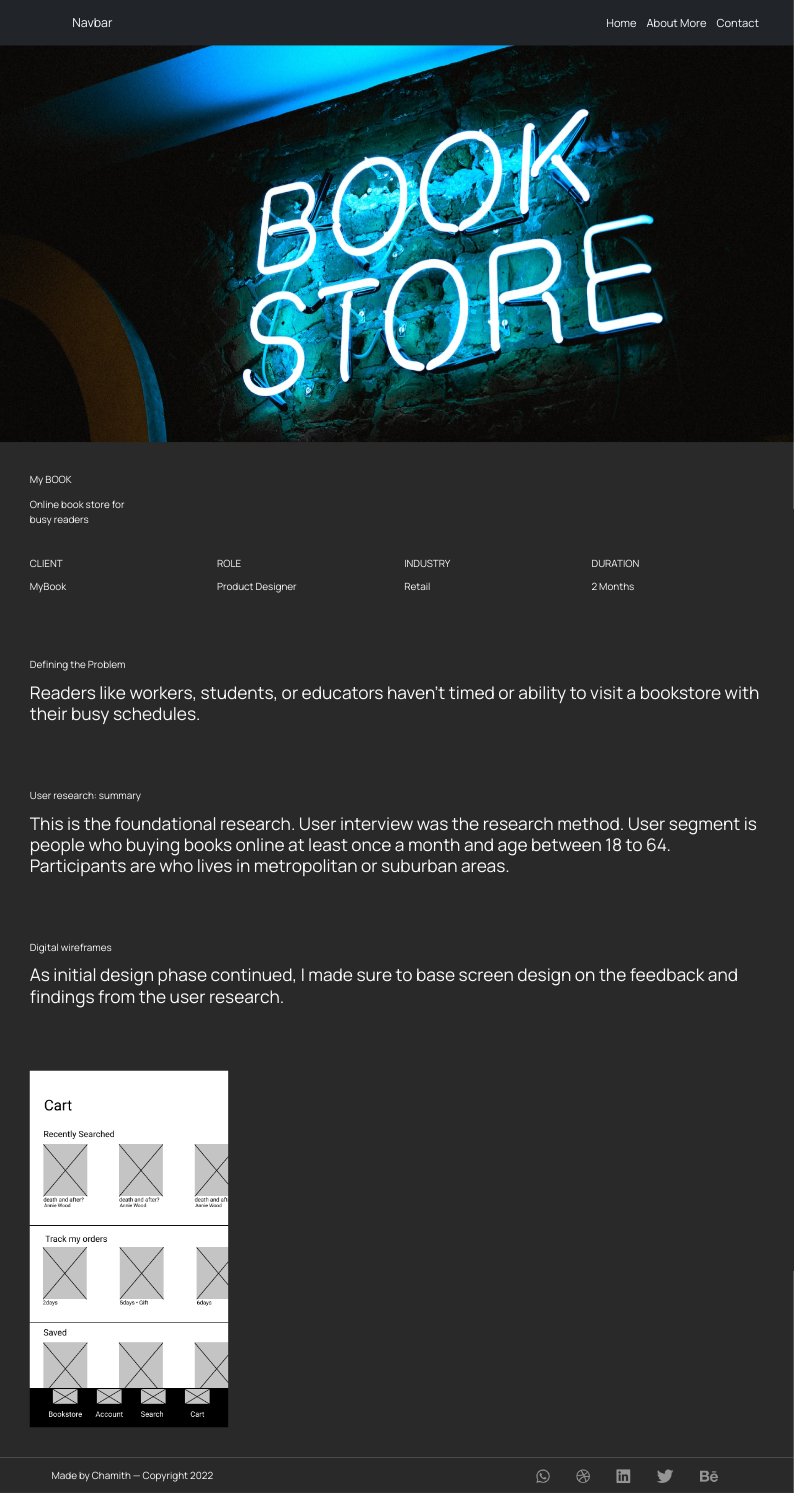
Repository: Realchamithweb/chamith-html
Page: work.html
An editor plug-in stored every save of this project. The page is shown before and after a run of saves, followed by the edit.
The browser window is 1280 px wide. The pictures show the whole page, at 62% of full size.

Above is the page before, as saved 2023-01-24 07:31:32.

### work.html
<!doctype html>
<html lang="en">
  <head>
    <!-- Required meta tags -->
    <meta charset="utf-8">
    <meta name="viewport" content="width=device-width, initial-scale=1">
    <link rel="stylesheet" href="/css/style.css">
    <!-- Bootstrap CSS -->
    <link href="https://cdn.jsdelivr.net/npm/bootstrap@5.0.2/dist/css/bootstrap.min.css" rel="stylesheet" integrity="sha384-EVSTQN3/azprG1Anm3QDgpJLIm9Nao0Yz1ztcQTwFspd3yD65VohhpuuCOmLASjC" crossorigin="anonymous">
    <link rel="stylesheet" href="https://fonts.googleapis.com/css?family=Manrope">
    <title>Hello, world!</title>
  </head>
  <body>
    <div class="main">
            <div class="head">
                <nav class="navbar navbar-expand-lg navbar-light bg-dark">
                    <div class="container-fluid">
                        <div class="col-md-1"></div>
                    <a class="navbar-brand col-md-8 text-light" href="/index.html">Navbar</a>
                    <button class="navbar-toggler" type="button" data-bs-toggle="collapse" data-bs-target="#navbarNavDropdown" aria-controls="navbarNavDropdown" aria-expanded="false" aria-label="Toggle navigation">
                        <span class="navbar-toggler-icon"></span>
                    </button>
                    <div class="collapse navbar-collapse" id="navbarNavDropdown">
                        <ul class="navbar-nav">
                        <li class="nav-item">
                            <a class="nav-link active text-light" aria-current="page" href="/index.html">Home</a>
                        </li>
                        <li class="nav-item">
                            <a class="nav-link text-light" href="/work.html">About More</a>
                        </li>
                        <li class="nav-item">
                            <a class="nav-link text-light" href="/contact.html">Contact</a>
                        </li>
                        </ul>
                    </div>
                    </div>
                </nav>
            </div>
            <section>
                <div class="row">
                    <img src="/inc/work-top.png" class="work-hero">
                </div>
            </section>
            <section>
                <div class="row">
                    <div class="container-fluid text-light ms-5 mt-5">
                        <p>My BOOK</p>
                        <h>Online book store for<br>
                            busy readers </h3>
                    </div>
                </div>
                <div class="row p-5">
                        <div class="col-lg-3 text-light">
                            <p>CLIENT</p>
                            <h6>MyBook</h6>
                        </div>
                        <div class="col-lg-3 text-light">
                            <p>ROLE</p>
                            <h6>Product Designer</h6>
                        </div>
                        <div class="col-lg-3 text-light">
                            <p>INDUSTRY</p>
                            <h6>Retail</h6>
                        </div>
                        <div class="col-lg-3 text-light">
                            <p>DURATION</p>
                            <h6>2 Months</h6>
                        </div>
                </div>
            </section>
            <section>
                <div class="row p-5">
                    <div class="col-lg-12 text-light">
                        <p>Defining the Problem</p>
                        <h3>Readers like workers, students, or educators haven't timed or ability to visit a bookstore with their busy schedules.</h3>
                    </div>
                </div>
            </section>
            <section>
                <div class="row p-5">
                    <div class="col-lg-12 text-light">
                        <p>User research: summary</p>
                        <h3>This is the foundational research. User interview was the research method. User segment is people who buying books online at least once a month and age between 18 to 64. Participants are who lives in metropolitan or suburban areas.</h3>
                    </div>
                </div>
            </section>
            <section>
                <div class="row p-5">
                    <div class="col-lg-12 text-light">
                        <p>Digital wireframes</p>
                        <h3>As initial design phase continued, I made sure to base screen design on the feedback and findings from the user research.</h3>
                    </div>
                </div>
            </section>
            <section>
                <div class="row p-5">
                    <div class="col-lg-4">
                        <img src="/inc/Cart.png">
                    </div>
                    <div class="col-lg-4">

                    </div>
                    <div class="col-lg-4">

                    </div>
                </div>
            </section>
            <section>
              <div class="footer">
                  <div class="container-fluid">
                      <div class="row">
                          <hr class="text-light">
                          <div class="col-lg-4 text-center text-light mb-3">Made by Chamith — Copyright 2022</div>
                          <div class="col-lg-4 mb-3"></div>
                          <div class="col-lg-4 mb-3"><img src="/inc/Icons.png" class="img02"></div>
                      </div>
                  </div>
              </div>
          </section>

  </div>


    <!-- Optional JavaScript; choose one of the two! -->

    <!-- Option 1: Bootstrap Bundle with Popper -->
    <script src="https://cdn.jsdelivr.net/npm/bootstrap@5.0.2/dist/js/bootstrap.bundle.min.js" integrity="sha384-MrcW6ZMFYlzcLA8Nl+NtUVF0sA7MsXsP1UyJoMp4YLEuNSfAP+JcXn/tWtIaxVXM" crossorigin="anonymous"></script>

    <!-- Option 2: Separate Popper and Bootstrap JS -->
    <!--
    <script src="https://cdn.jsdelivr.net/npm/@popperjs/core@2.9.2/dist/umd/popper.min.js" integrity="sha384-IQsoLXl5PILFhosVNubq5LC7Qb9DXgDA9i+tQ8Zj3iwWAwPtgFTxbJ8NT4GN1R8p" crossorigin="anonymous"></script>
    <script src="https://cdn.jsdelivr.net/npm/bootstrap@5.0.2/dist/js/bootstrap.min.js" integrity="sha384-cVKIPhGWiC2Al4u+LWgxfKTRIcfu0JTxR+EQDz/bgldoEyl4H0zUF0QKbrJ0EcQF" crossorigin="anonymous"></script>
    -->
  </body>
</html>

### css/style.css
.main{
    background-color: #292929;
    font-family: 'Manrope', serif;
    overflow-x: hidden;

}
.navbar{
    padding-top: 15px!important;
    padding-bottom: 15px!important;
}
.nav-link{
    font-size: 18px!important;
}
.hero{
    margin-top: 66px;
}

.hero-img{
    margin-top: 3em;
}

.hero-title{
    font-style: normal;
    font-weight: 400;
    font-size: 54px;
    line-height: 64px;
    margin-left: 96px;
}

.hero-text{
    font-style: normal;
    font-weight: 400;
    font-size: 20px;
    line-height: 30px;
    margin-left: 96px;
}

.hero-btn{
    margin-left: 96px;
}

.work-img:hover img{
        opacity: 0.5;
}

.work-img {
    position: relative;
  }

  .bg-color
  .work-img img {
    width: 100%;
    opacity: 1;
    transition: opacity 0.5s;
  }
.work-img .text {
    position: absolute;
    top: 50%;
    left: 50%;
    transform: translate(-50%, -50%);
    text-align: center;
    color: white;
  }

  .work-hero{
    width: 1440px;
    height: 640px;
    left: 0px;
    top: 0px;
  }
/*
.hero-title{
    position: absolute;
    width: 824px;
    height: 192px;
    left: 96px;
    top: 240px;

    font-family: 'Inter';
    font-style: normal;
    font-weight: 400;
    font-size: 54px;
    line-height: 64px;
    color: #000000;
}

.hero-text{
    position: absolute;
    width: 824px;
    height: 90px;
    left: 96px;
    top: 456px;

    font-family: 'Inter';
    font-style: normal;
    font-weight: 400;
    font-size: 20px;
    line-height: 30px;
    /* or 150% */
    /* color: #000000
}

.hero-btn{
    box-sizing: border-box;
    position: absolute;
    width: 341.57px;
    height: 57px;
    left: 96px;
    top: 634px;

    background: #FFFFFF;
    border: 1px solid #000000;
    border-radius: 4px;
}

.f-row{
    display: flex;
    flex-direction: row;
    justify-content: center;
    align-items: center;
    padding: 8px;
    gap: 32px;

    position: absolute;
    height: 48px;
    left: 96px;
    top: 836px;
}

.img00{
    display: flex;
    flex-direction: row;
    justify-content: center;
    align-items: center;
    padding: 8px;
    gap: 32px;

    position: absolute;
    width: 198px;
    height: 48px;
    left: 96px;
    top: 836px;

}

.img01{
    position: absolute;
    width: 612px;
    height: 888px;
    left: 96px;
    top: 964px;
    border-radius: 4px;
}

.img01:hover{
    background: linear-gradient(0deg, rgba(0, 0, 0, 0.6), rgba(0, 0, 0, 0.6)), url("/inc/Bookstore.png"), #292929;
}

.img02{
    position: absolute;
    width: 612px;
    height: 888px;
    left: 732px;
    top: 1102px;

    background: url(3ffea8135910975.Y3JvcCwxMDgwLDg0NCwwLDExNw.png), #292929;
    border-radius: 4px;
}  */

After the next 2 saves:
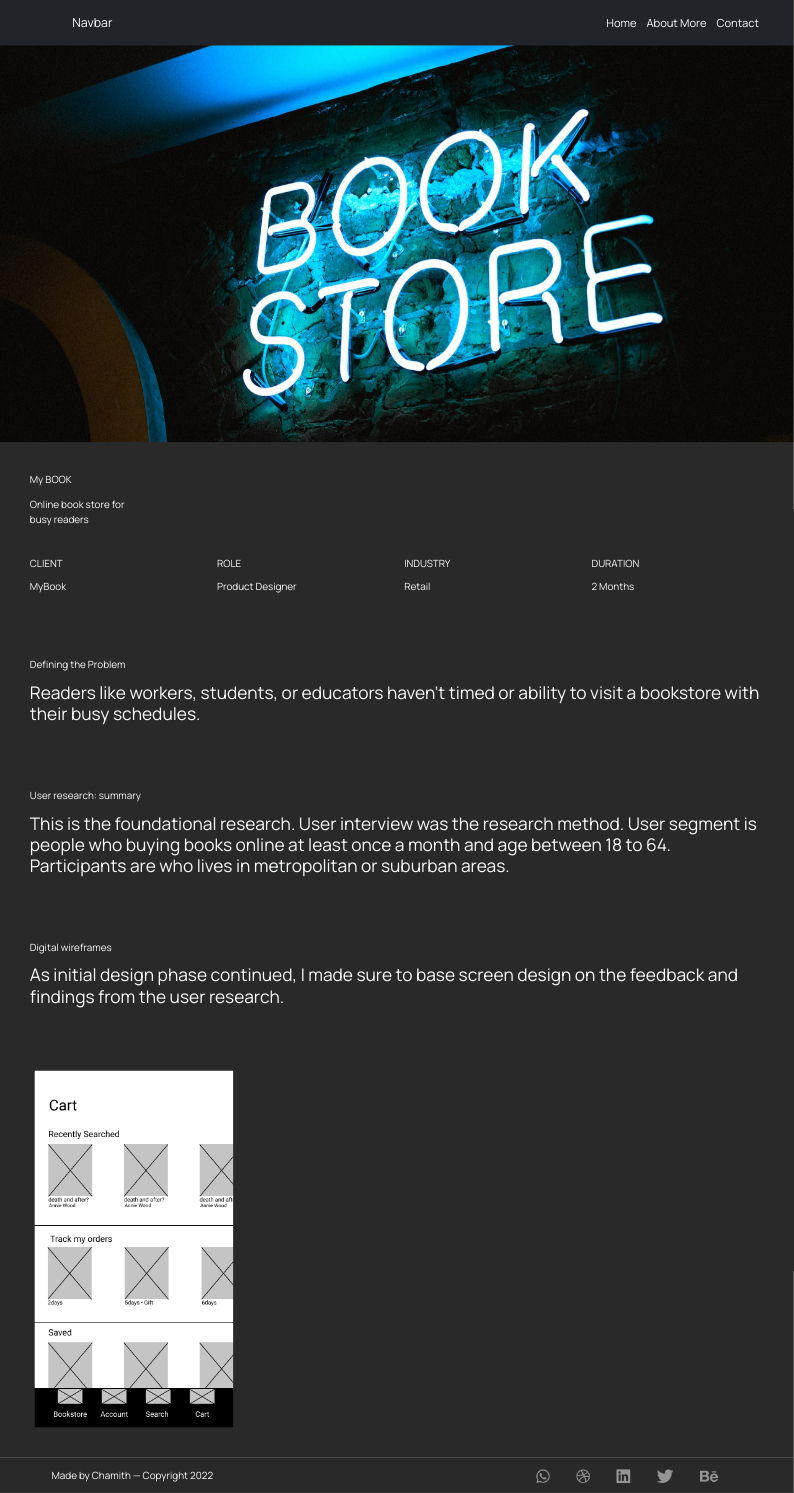
The 2 saves are shown as one change because they came seconds apart.
The last was saved 68 s later.
--- a/work.html
+++ b/work.html
@@ -94,7 +94,7 @@
             </section>
             <section>
                 <div class="row p-5">
-                    <div class="col-lg-4">
+                    <div class="col-lg-4 ms-2">
                         <img src="/inc/Cart.png">
                     </div>
                     <div class="col-lg-4">
